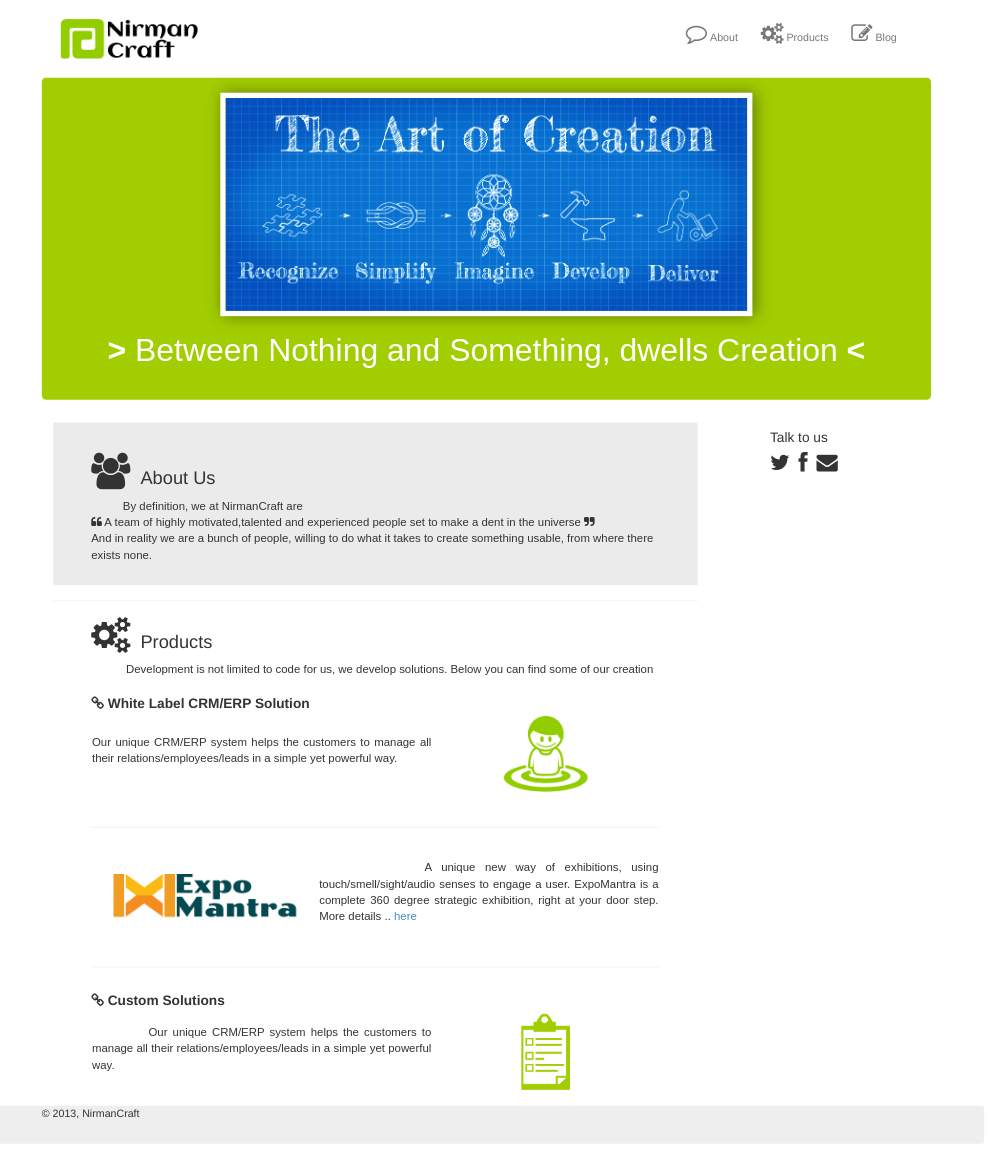
Repository: MeShreyas/NirmanCraftWebsite
Page: NirmanCraft/index.html
An editor plug-in stored every save of this project. The page is shown before and after the next save, followed by the edit.
The browser window is 1280 px wide. The page is 1310 px wide, so the pictures cover 1310 px, including what lies to the right of the window. The pictures show the whole page, at 76% of full size.
Some web fonts or font styles are not loaded; a fallback is used.

Above is the page before, as saved 2013-10-08 14:46:55.
Console error: ReferenceError: jQuery is not defined

### NirmanCraft/index.html
<!DOCTYPE html>
<html lang="en">
	<head>
		<meta charset="utf-8">

		<!-- Always force latest IE rendering engine (even in intranet) & Chrome Frame
		Remove this if you use the .htaccess -->
		<meta http-equiv="X-UA-Compatible" content="IE=edge,chrome=1">

		<title>Nirman Craft</title>
		<meta name="description" content="">
		<meta name="author" content="Shreyas">

		<meta name="viewport" content="width=device-width; initial-scale=1.0">

		<!-- Replace favicon.ico & apple-touch-icon.png in the root of your domain and delete these references -->
		<link rel="shortcut icon" href="/favicon.ico">
		<link rel="stylesheet" href="css/bootstrap.min.css">
		<link rel="apple-touch-icon" href="/apple-touch-icon.png">
		<link rel="stylesheet" href="font-awesome/css/font-awesome.min.css"/>
		<style type="text/css">
			.title-text {
				font-family: 'Strait', sans-serif;
				font-size: 2em;
				color: #FFFFFF;
			}

			.header-text {
				font-family: 'Strait', sans-serif;
				font-size: 1.5em;
				color: #333333;
			}

			.body-text {
				font-size:15px;
				font-family: 'Raleway', sans-serif;
			}
			.spacer {
				padding-top:10px;
				padding-bottom:5px;
			}
		</style>
	</head>

	<body>
		<div class="row">
			<header class="container navbar" style="background-color: #FFFFFF;margin-bottom:0px">
				<div class="container">
					<div class="navbar-header">
						<a class="navbar-brand" href="../"><img src="images/nclogo.png" width="200px" style="padding:10px"/></a>
					</div>
					<div class="navbar-text pull-right">
						<ul class="nav navbar-nav container" >
							<li>
								<!--<a href="#"><i class="icon-home icon-2x"></i>&nbsp;Home</a>-->
							</li>
							<li>
								<a href="#about"><i class="icon-comment-alt icon-2x"></i>&nbsp;About</a>
							</li>
							<li>
								<a href="#products"><i class="icon-cogs icon-2x"></i>&nbsp;Products</a>
							</li>
							<li>
								<a href="../javascript"><i class="icon-edit icon-2x"></i>&nbsp;Blog</a>
							</li>

						</ul>
					</div>
				</div>
			</header>

			<div class="container jumbotron" style="padding:20px 0px;margin-top:0px;background-color: #A2CD00">
				<div class="container title-text">
					<center>
						<img src="images/finalbanner.png" width="700px" style="border:7px solid #FFFFFF;box-shadow: 3px 0px 20px rgba(0,0,0,0.4)"/>
						<br/>
						<strong>>&nbsp;</strong>Between Nothing and Something, dwells Creation<strong>&nbsp;<</strong>
					</center>
				</div>
			</div>
			<div class="row">
				<div class="container">
					<div class="content col-lg-9" id="about">
						<div class="header-text" style="padding:20px 50px;background-color: #ebebeb;">
							<h3><i class="icon-group icon-2x"></i>&nbsp;&nbsp;About Us</h3>
							<div>

								<p class="body-text">
									&nbsp;&nbsp;&nbsp;&nbsp;&nbsp;&nbsp;&nbsp;&nbsp;&nbsp;&nbsp;By definition,
									we at NirmanCraft are
									 <br/><i class="icon-quote-left"></i>
									A team of highly motivated,talented and experienced people set to make a dent in the universe
									<i class="icon-quote-right"></i><br/>And in reality we are a bunch
									of people, willing to do what it takes to create something usable, from where there exists none.

								</p>
							</div>
						</div>
						<hr>
						<div class="header-text" style="padding:0 50px" id="products">
							<h3><i class="icon-cogs icon-2x"></i>&nbsp;&nbsp;Products</h3>
							<div>
								<p class="body-text">
									&nbsp;&nbsp;&nbsp;&nbsp;&nbsp;&nbsp;&nbsp;&nbsp;&nbsp;&nbsp;
									Development is not limited to code for us, we develop solutions.
									Below you can find some of our creation
								</p>
								<div>
									<div class="list-group">
											<div class="spacer"></div>
											<div>
												<h4 class="list-group-item-heading">
													<i class="icon-link"></i>&nbsp;<strong>White Label CRM/ERP Solution</strong>
												</h4>
												<p class="list-group-item-text body-text">
													<table width="100%">
														<tr>
															<td>
																<p class="body-text" align="justify">Our unique CRM/ERP system helps the customers to manage all their
																relations/employees/leads in a simple yet powerful way.
																</p></td>

															<td width="40%" align="center">
																<img src="images/customer.png" height="100px" ></td>
														</tr>
													</table>
												</p>
											</div>
											<div class="spacer"></div>
											<hr/>
											<div class="spacer"></div>
											<div>
												<h4 class="list-group-item-heading">
													<strong></strong>
												</h4>
												<p class="list-group-item-text">
													<table width="100%">
														<tr>
															<td width="40%" align="center">
																<img src="images/expomantra.png" width="250px" ></td>
															<td>
																<p class="body-text" align="justify">
																	&nbsp;&nbsp;&nbsp;&nbsp;&nbsp;&nbsp;&nbsp;&nbsp;&nbsp;&nbsp;
																	A unique new way of exhibitions, using touch/smell/sight/audio senses
																	to engage a user. ExpoMantra is a complete 360 degree strategic
																	exhibition, right at your door step. More details ..
																	<a href="http://expomantra.com" target="_blank">here</a>
																</p></td>


														</tr>
													</table>
												</p>
											</div>
											<div class="spacer"></div>
											<hr/>
											<div class="spacer"></div>
											<div>
												<h4 class="list-group-item-heading">
													<i class="icon-link"></i>&nbsp;<strong>Custom Solutions</strong>
												</h4>
												<p class="list-group-item-text">
													<table width="100%">
														<tr>
															<td>
																<p class="body-text" align="justify">
																	&nbsp;&nbsp;&nbsp;&nbsp;&nbsp;&nbsp;&nbsp;&nbsp;&nbsp;&nbsp;
																Our unique CRM/ERP system helps the customers to manage all their
																relations/employees/leads in a simple yet powerful way.
																</p></td>

															<td width="40%" align="center"><img src="images/custom.png" height="100px"></td>
														</tr>
													</table>
												</p>
											</div>
										</div>
									</div>

							</div>
						</div>

					</div>
					<div class="sidebar col-lg-3">
							<div>

								<div style="width:50%;margin:0 auto;">
									<h4 class="list-group-item-header">
										Talk to us
									</h4>
									<p class="list-group-item-text">
										<i class="icon-2x icon-twitter"></i> &nbsp;
										<i class="icon-2x icon-facebook"></i> &nbsp;
										<i class="icon-2x icon-envelope"></i>
									</p>
								</div>
							</div>
					</div>
				</div>
			</div>

		</div>
		<div class="row">
			<div class="navbar ">
				<div class="container">
					<p>
						&copy; 2013, NirmanCraft
					</p>
				</div>
			</div>
		</div>
		<script src="js/bootstrap.min.js" type="text/javascript" charset="utf-8"></script>
		<link href='http://fonts.googleapis.com/css?family=Strait' rel='stylesheet' type='text/css'>
		<link href='http://fonts.googleapis.com/css?family=Raleway:400,700' rel='stylesheet' type='text/css'>
	</body>
</html>

Loaded but not shown: NirmanCraft/css/bootstrap.min.css (library); NirmanCraft/font-awesome/css/font-awesome.min.css (library); NirmanCraft/js/bootstrap.min.js (library)

After the next save:
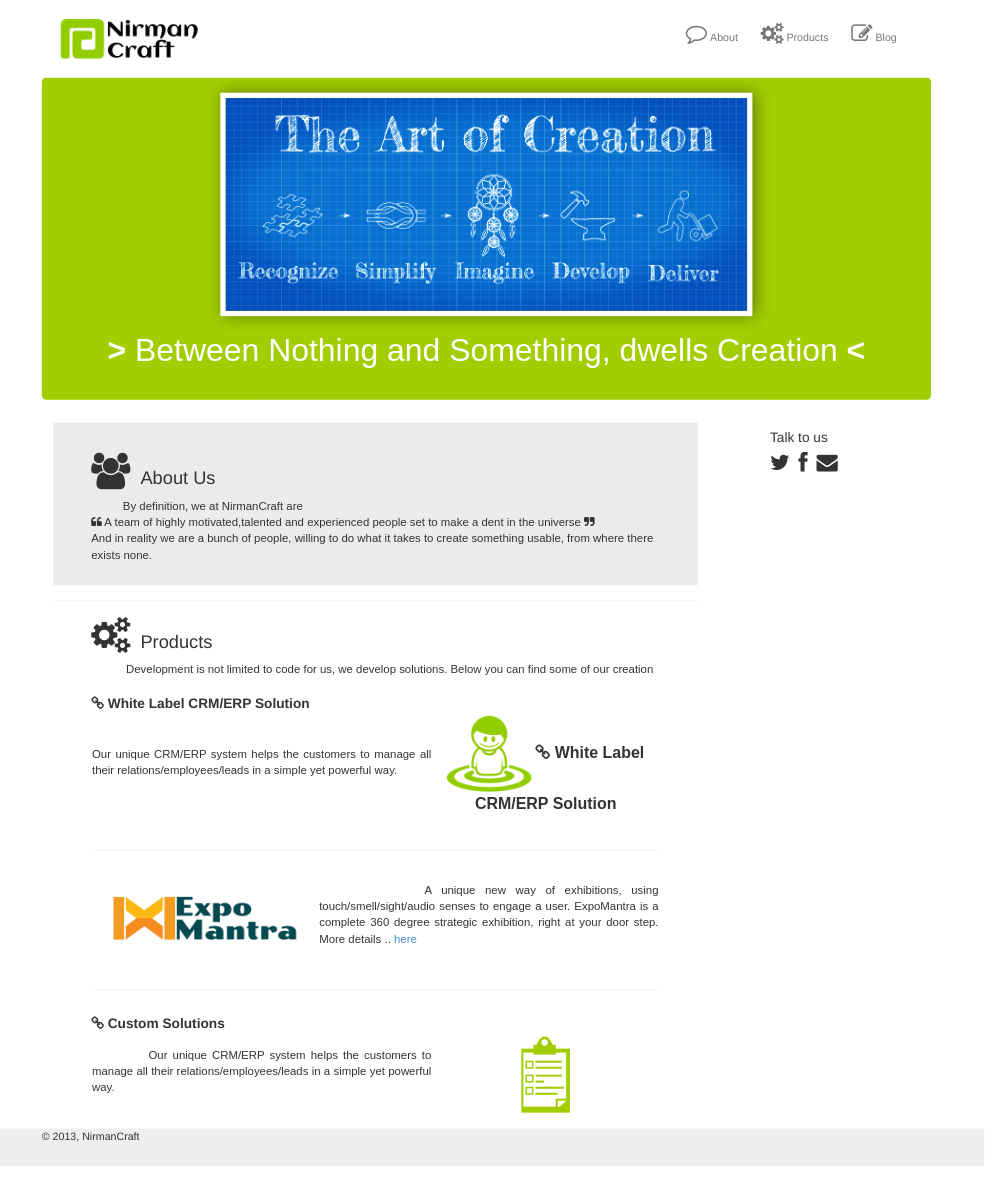
Saved 50 s later.
--- a/NirmanCraft/index.html
+++ b/NirmanCraft/index.html
@@ -121,7 +121,8 @@
 																</p></td>
 
 															<td width="40%" align="center">
-																<img src="images/customer.png" height="100px" ></td>
+																<img src="images/customer.png" height="100px" >
+																<i class="icon-link"></i>&nbsp;<strong>White Label CRM/ERP Solution</strong></td>
 														</tr>
 													</table>
 												</p>

After the save that followed:
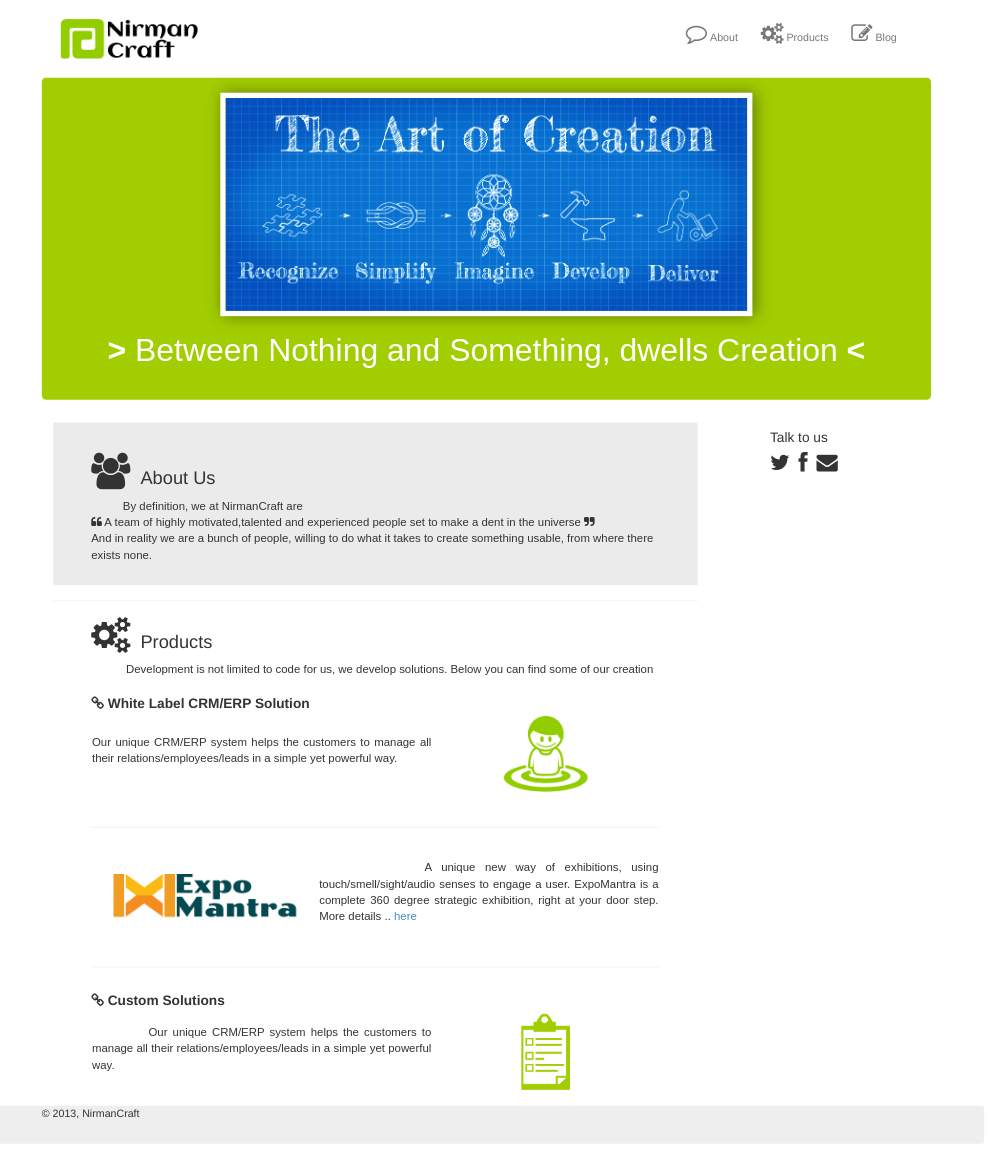
Saved 13 s later.
--- a/NirmanCraft/index.html
+++ b/NirmanCraft/index.html
@@ -122,7 +122,7 @@
 
 															<td width="40%" align="center">
 																<img src="images/customer.png" height="100px" >
-																<i class="icon-link"></i>&nbsp;<strong>White Label CRM/ERP Solution</strong></td>
+																</td>
 														</tr>
 													</table>
 												</p>
